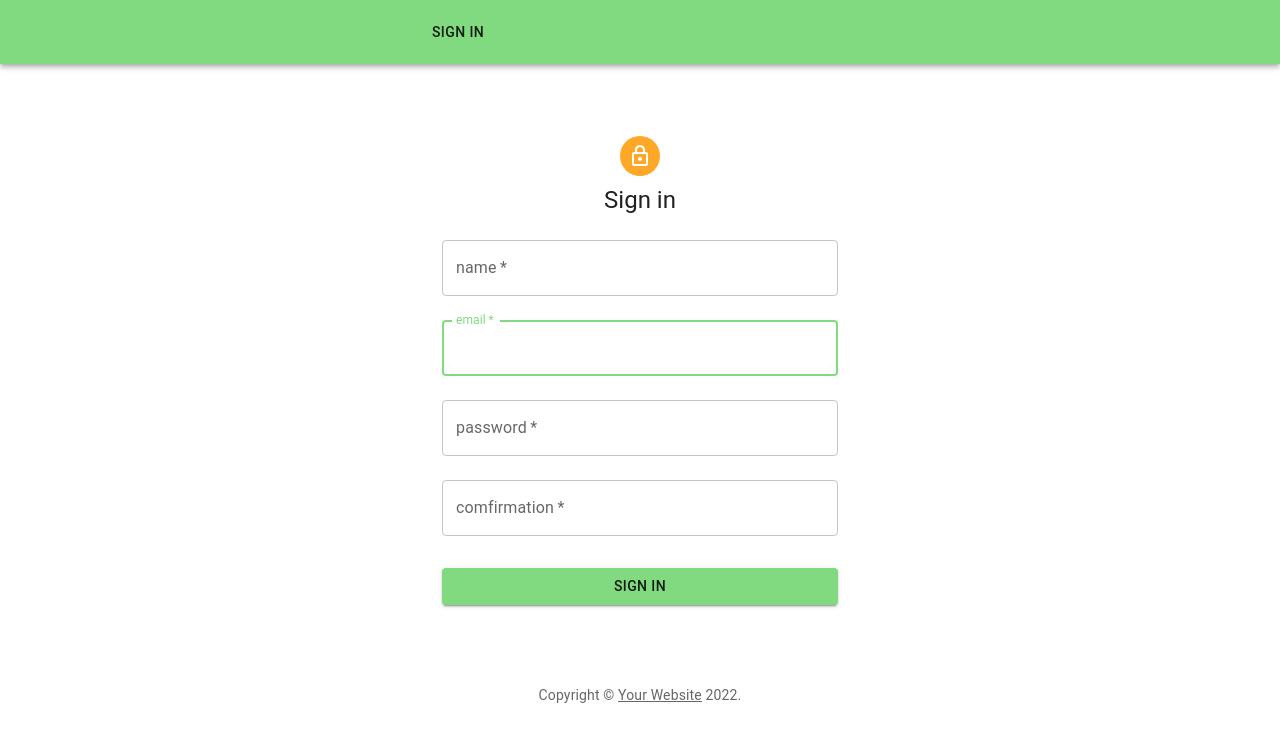
Repository: motohiro0410/motsufood
Page: /signIn (app in frontend/)
These files come from the project's save history. The page is drawn as it stood at one moment and after the next save; the edit follows.
The browser window is 1280 px wide. The pictures show the whole page.
The project was rebuilt for these pictures with package versions that can differ from the ones it lists, and the page was loaded fresh each time. Also part of the build but not shown: frontend/src/App.css, frontend/src/components/pages/Login.tsx, frontend/src/components/organisms/Footer.tsx, frontend/src/components/organisms/MainHeader.tsx, frontend/src/components/organisms/UserDetailModal.tsx, frontend/src/components/pages/Home.tsx, frontend/src/components/pages/Money.tsx, frontend/src/components/organisms/GroupHeader.tsx and 3 more.

Above is the page before, as saved 2022-08-10 23:05:30.

After the next save:
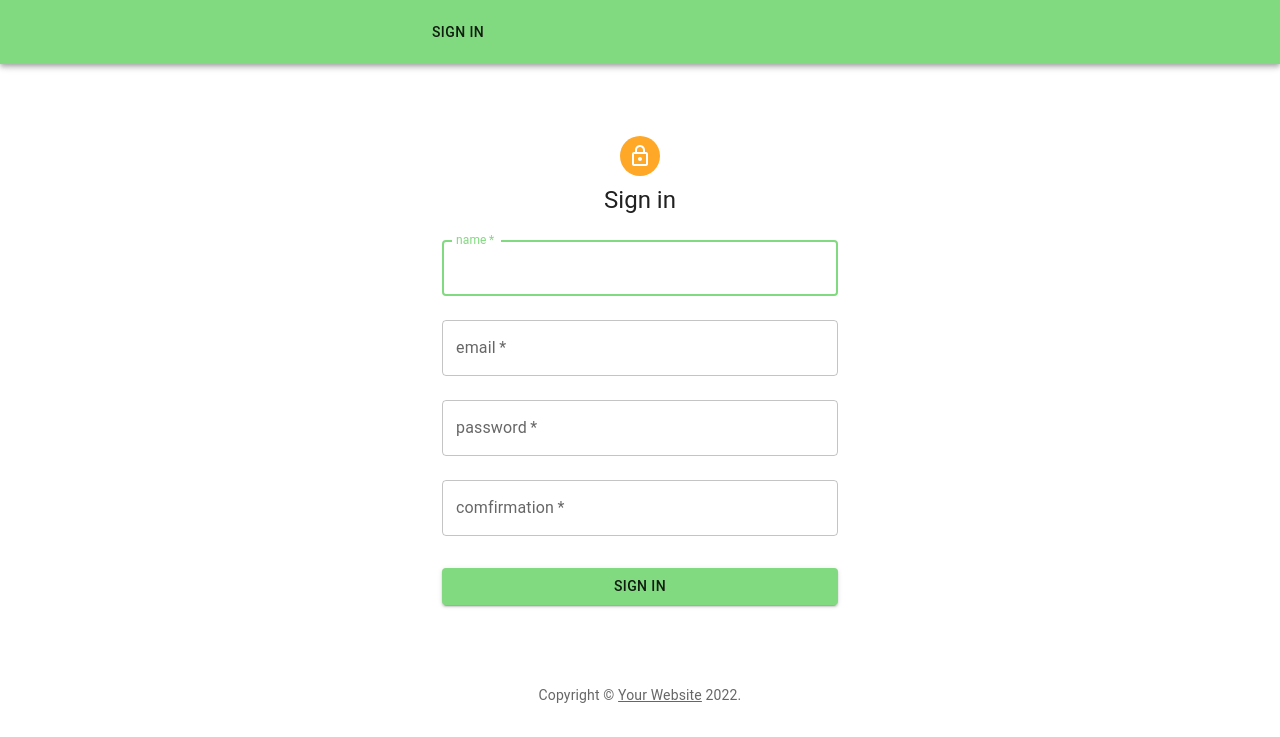
Saved 16 s later.
--- a/frontend/src/components/pages/SignIn.tsx
+++ b/frontend/src/components/pages/SignIn.tsx
@@ -68,6 +68,7 @@ export const SignIn = () => {
                 label="name"
                 name="name"
                 autoComplete="name"
+                autoFocus
               />
               <TextField
                 margin="normal"
@@ -78,7 +79,6 @@ export const SignIn = () => {
                 type="email"
                 id="email"
                 autoComplete="email"
-                autoFocus
               />
                 <TextField
                 margin="normal"
